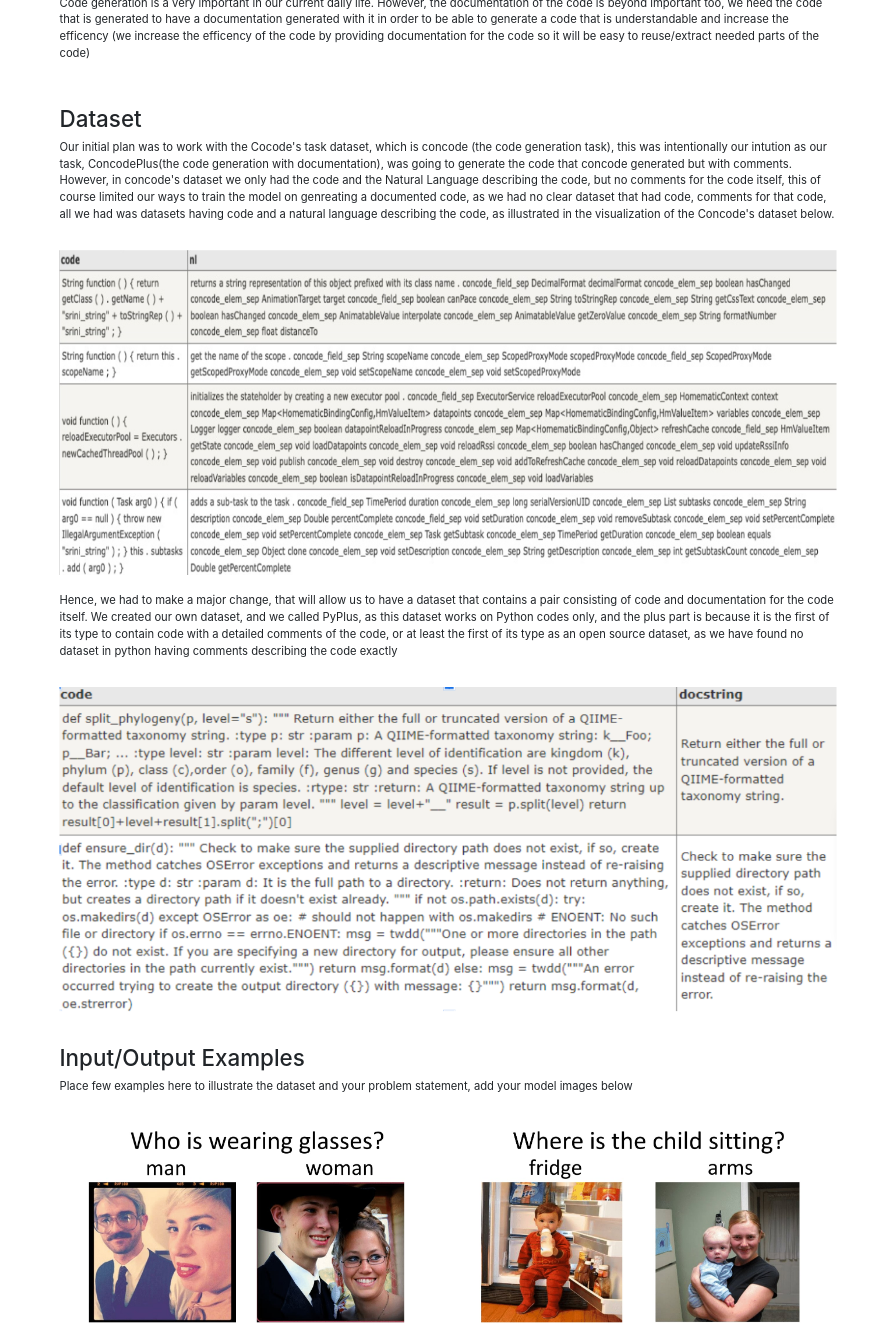
Repository: Shaalan-omar/ConcodePlus
Page: team-specific/index.html
The author's editor kept a copy of each file at every save. The page is drawn from the files as they stood at one save, then again after the next save.
The browser window is 1280 px wide. The pictures show the part of the page from y = 329 to 2249 px (the page is 6613 px tall before and 6373 px after), at 70% of full size.

Above is the page before, as saved 2023-05-12 00:41:30.

After the next save:
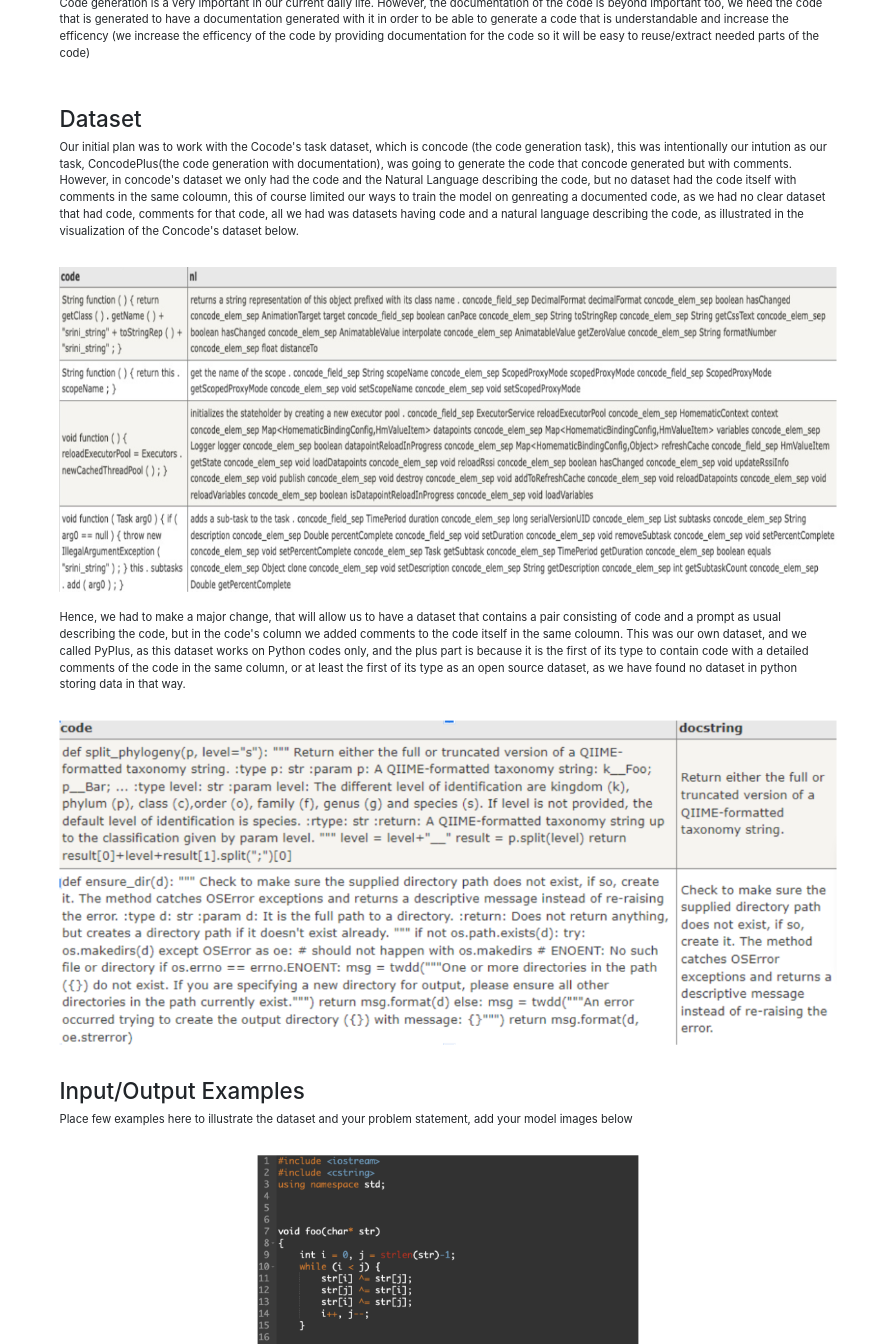
Saved 114 min 35 s later.
--- a/team-specific/index.html
+++ b/team-specific/index.html
@@ -73,7 +73,8 @@
         <p>
 			Our initial plan was to work with the Cocode's task dataset, which is concode (the code generation task), this was intentionally our intution
       as our task, ConcodePlus(the code generation with documentation), was going to generate the code that concode generated but with comments. However,
-      in concode's dataset we only had the code and the Natural Language describing the code, but no comments for the code itself, this of course limited our ways
+      in concode's dataset we only had the code and the Natural Language describing the code, but no dataset had the code itself with comments in the same coloumn,
+      this of course limited our ways
       to train the model on genreating a documented code, as we had no clear dataset that had code, comments for that code, all we had was datasets having code and
       a natural language describing the code, as illustrated in the visualization of the Concode's dataset below.
     </p>
@@ -83,10 +84,11 @@
     </div>
     <br/> <!-- Empty Line after the image -->
 <p>
-  Hence, we had to make a major change, that will allow us to have a dataset that contains a pair consisting of code and documentation for the code itself.
-      We created our own dataset, and we called PyPlus, as this dataset works on Python codes only, and the plus part is because it is the first of its
-      type to contain code with a detailed comments of the code, or at least the first
-      of its type as an open source dataset, as we have found no dataset in python having comments describing the code exactly
+  Hence, we had to make a major change, that will allow us to have a dataset that contains a pair consisting of code and a prompt as usual describing
+      the code, but in the code's column we added comments to the code itself in the same coloumn.
+      This was our own dataset, and we called PyPlus, as this dataset works on Python codes only, and the plus part is because it is the first of its
+      type to contain code with a detailed comments of the code in the same column, or at least the first
+      of its type as an open source dataset, as we have found no dataset in python storing data in that way.
 </p>
 <br/> <!-- Empty Line before the image -->
 <div class="img-container" align="center"> <!-- Block parent element -->
@@ -106,7 +108,7 @@
 
 		<br/> <!-- Empty Line before the image -->
 	    <div class="img-container" align="center"> <!-- Block parent element -->
-      		<img src="resources/images/examples.jpg" class="img-fluid text-center">
+      		<img src="resources/images/Problem_Stat_1.png" class="img-fluid text-center">
     	</div>
     	<br/> <!-- Empty Line after the image -->
       </div>
